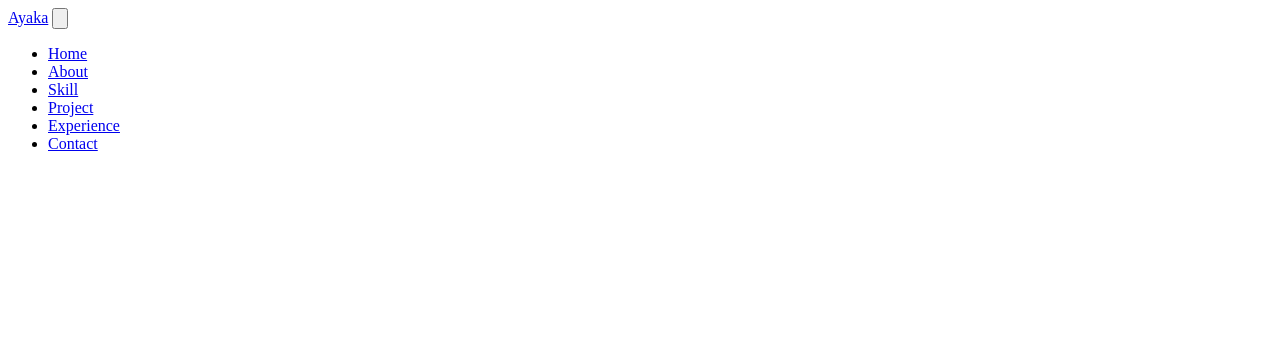
Repository: Cornerstone-CICCC/web-1-midterm-project-alj64329
Page: project2/index.html
The author's editor kept a copy of each file at every save. The page is drawn from the files as they stood at one save, then again after the next save.
The browser window is 1280 px wide. The pictures show the whole page.

Above is the page before, as saved 2025-06-28 00:50:28.

After the next save:
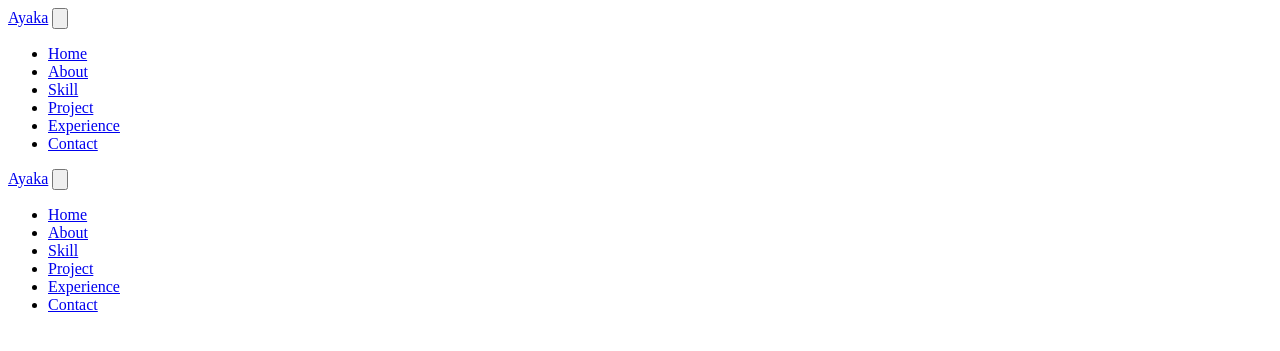
Saved 5 min 35 s later.
--- a/project2/index.html
+++ b/project2/index.html
@@ -1,3 +1,43 @@
+<!DOCTYPE html>
+<html lang="en">
+<head>
+    <meta charset="UTF-8">
+    <meta name="viewport" content="width=device-width, initial-scale=1.0">
+    <title>Document</title>
+    <link rel="stylesheet" href="">
+</head>
+<body>
+    <header class="navbar">
+        <div class="navbar-container">
+            <a href="/" class="navbar-logo">Ayaka</a>
+
+            <button id="menu-toggle" class="menu-button" aria-label="Toggle menu">
+                <img id="menu-icon" src="/assets/menu.svg" alt="toggle"/>
+            </button>
+
+            <nav class="nav-links destop-nav">
+                <ul class="nav-li">
+                    <li class="nav-li">
+                        <a href="#home">Home</a>
+                    </li>
+                    <li class="nav-li"><a href="#about">About</a>
+                    </li>
+                    <li class="nav-li"><a href="#skill">Skill</a>
+                    </li>
+                    <li class="nav-li"><a href="#project">Project</a>
+                    </li>
+                    <li class="nav-li"><a href="#experience">Experience</a>
+                    </li>
+                    <li class="nav-li"><a href="#conatct">Contact</a>
+                    </li>
+                </ul>
+            </nav>
+        </div>
+    </header>
+
+
+</body>
+</html>
 <!DOCTYPE html>
 <html lang="en">
 <head>
